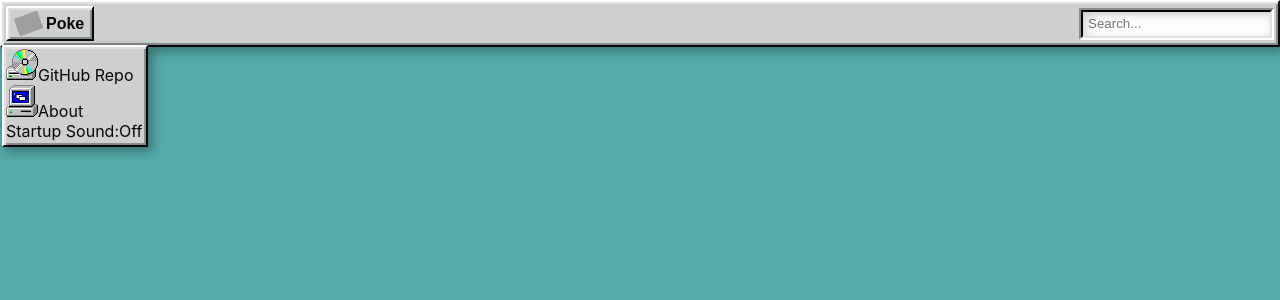
Repository: VolodymyrDubnytskyi/Pokemons
Page: /
The author's editor kept a copy of each file at every save. The page is drawn from the files as they stood at one save, then again after the next save.
The browser window is 1280 px wide. The pictures show the whole page.
Pictures or frames that could not be fetched are drawn as grey boxes. The page's requests for data from a server got no answer. The project was rebuilt for these pictures with package versions that can differ from the ones it lists, and the page was loaded fresh each time. No one was signed in, and anything a server would have sent is missing. Also part of the build but not shown: src/Components/PopUpComponents/BasicInfo.js, src/Components/PopUpComponents/Stats.js, src/Components/PopUpComponents/Abilities.js, src/Components/PopUp.js.

Above is the page before, as saved 2020-06-11 14:58:18.

After the next save:
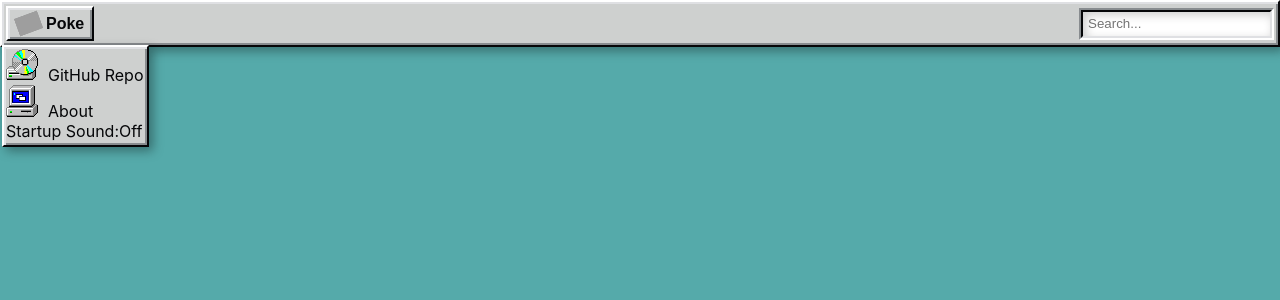
Saved 11 s later.
--- a/src/App.css
+++ b/src/App.css
@@ -423,3 +423,6 @@ button {
     border-width: 2px;
     list-style: none;
 }
+.menu-icons{
+  margin-right: 10px;
+}
